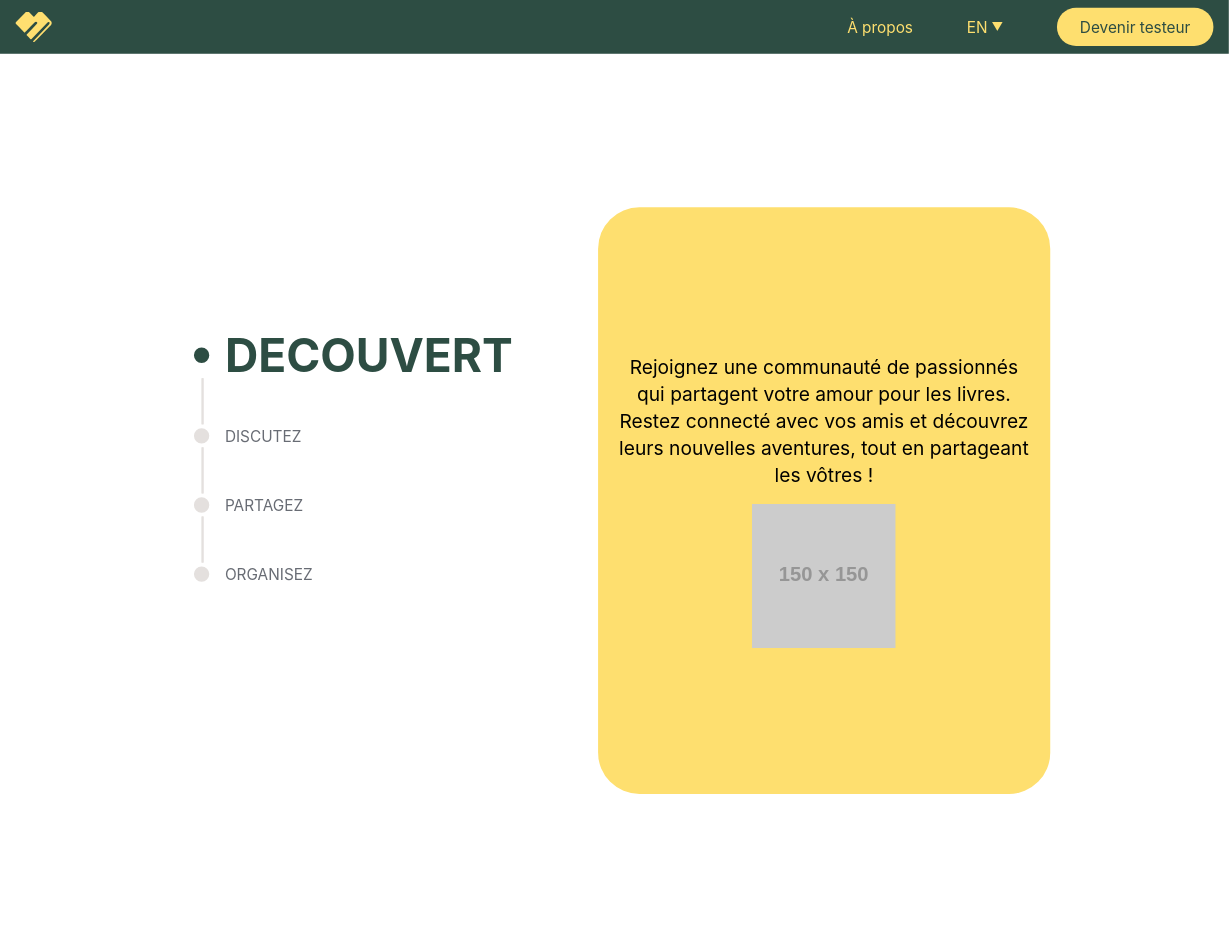
Repository: enas-elm/bookish-landing
Page: /
These files come from the project's save history. The page is drawn as it stood at one moment and after the next save; the edit follows.
The browser window is 1280 px wide. The pictures show the whole page, at 96% of full size.
The project was rebuilt for these pictures with package versions that can differ from the ones it lists, and the page was loaded fresh each time.

Above is the page before, as saved 2024-09-12 10:32:42.

After the next save:
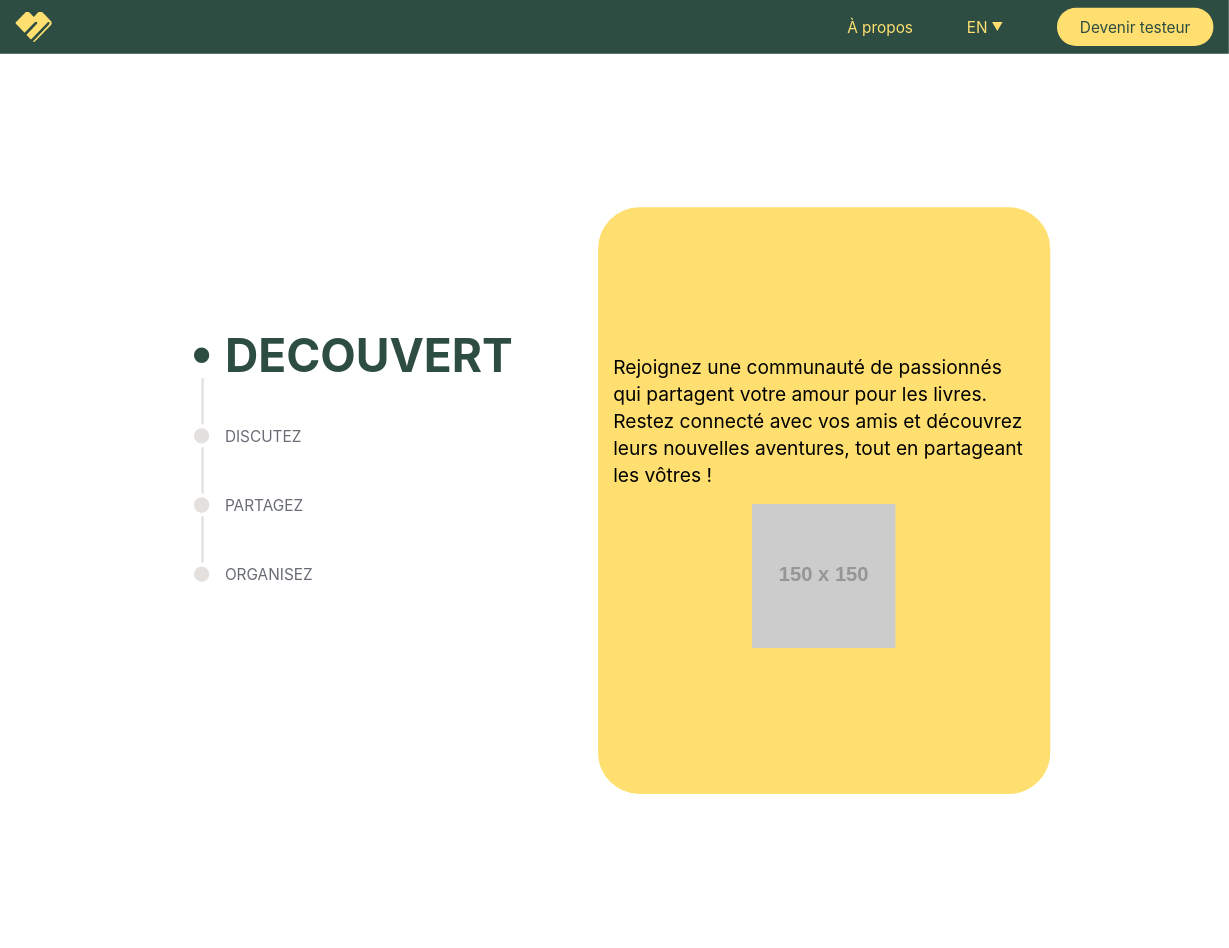
Saved 49 s later.
--- a/src/components/TimeLine.js
+++ b/src/components/TimeLine.js
@@ -96,7 +96,7 @@ function TimelineMenu() {
       >
         {selectedItem ? (
           <>
-            <p className="text-xl">{selectedItem.description}</p>
+            <p className="text-xl text-left">{selectedItem.description}</p>
             <img
               src={selectedItem.imageUrl}
               alt={selectedItem.label}
